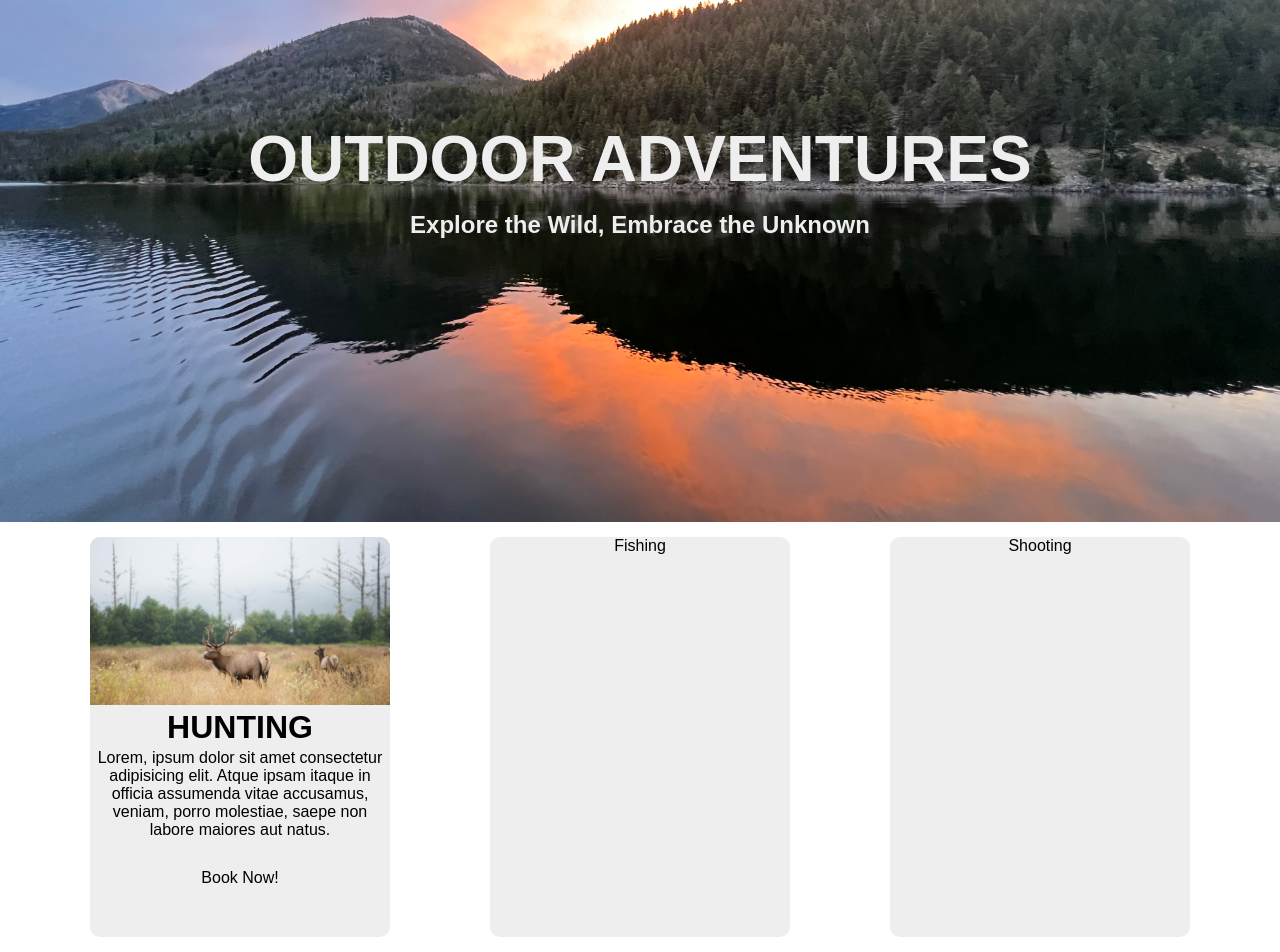
Repository: iforgotmylogin/WebDesignFinal
Page: index.html
These files come from the project's save history. The page is drawn as it stood at one moment and after the next save; the edit follows.
The browser window is 1280 px wide. The pictures show the part of the page from y = 290 to 1242 px (the page is 1242 px tall).
A picture or video elsewhere on the page could not be fetched, so the positions and the page height are approximate.

Above is the page before, as saved 2024-04-07 18:30:34.

### index.html
<!DOCTYPE html>
<html lang="en">
<head>
    <link rel="stylesheet" href="css/global.css">
    <link rel="stylesheet" href="css/navbar.css">
    <link rel="stylesheet" href="css/dropdown.css">
    <link rel="stylesheet" href="https://cdn.jsdelivr.net/npm/aos@2.3.4/dist/aos.css">
    <link rel="stylesheet" href="css/homepage.css">
    <meta http-equiv="X-UA-Compatible" content ="IE=edge">
    <meta charset="UTF-8">
    <meta name="viewport" content="width=device-width, initial-scale=1.0">
    <title>Outdoor Adventures</title>
</head>
<body>
    <header>
        <a href="#"><img src="images/outdoor-adventure-logo-color.png" alt="Logo" class="logo"></a>
       <nav>
        <ul>
            <li>
                <a href="#">About</a>
            </li>
            <li class="dropdown">
                <a href="html/Booking.html">Booking</a>
                <div class="dropdown-content">
                    <a href="#">Hunting</a>
                    <a href="#">Fishing</a>
                    <a href="#">Shooting</a>
                    <a href="#">ATV Rental</a>
                </div>
            </li>
            <li>
                <a href="html/Reviews.html">Reviews</a>
            </li>
            <li>
                <a href="#">Careers</a>
            </li>
            <li>
                <a href="#">Contact</a>
            </li>
        </ul>
    </nav>



    </header>
    <main class="hero_image">
        <h1>Outdoor Adventures</h1>
        <h2>Explore the Wild, Embrace the Unknown</h2>
    </main>

    <div class="container">
        <a  href="#" data-aos="fade-up" class="box hunting">
            <img src="images/HuntingBackdrop.jpg" alt="Image of an Elk">
            <h1>Hunting</h1>
            <p>Lorem, ipsum dolor sit amet consectetur adipisicing elit. Atque ipsam itaque in officia assumenda vitae accusamus, veniam, porro molestiae, saepe non labore maiores aut natus.</p>
            <div class="home-booking-button">
                Book Now!
            </div>
        </a>

        <div data-aos="fade-up" class="box Fishing">Fishing</div>

        <div data-aos="fade-up" class="box Shooting">Shooting</div>
    </div>



    <!-- Use <div data-aos="fade-up"><div> for really cool animations that use this java script!! -->
    <script src="https://cdn.jsdelivr.net/npm/aos@2.3.4/dist/aos.js"></script>
    <script>
      AOS.init();
    </script>
</body>
</html>

### css/global.css
*{
    font-family: Arial, Helvetica, sans-serif;
}
.hero_image{
    position: absolute;
    z-index: 1;
    margin: 0 auto;
    justify-content: center;
    top: 0px;
    padding: 50px;
    height: 600px;
    position: relative;
    background-image: url("../images/IMG_0679.jpeg");
    background-size: cover;
    background-position: center;
}

.hero_image h1{
    font-size: 400%;
    color: #eee;
    text-transform: uppercase;
    text-align: center;
    margin: 250px 0 auto;
}

.hero_image h2{
    margin: 15px 0 auto;
    text-align: uppercase;
    text-align: center;
    color:#eee;
}

h1.global{
    text-align: center;
}

#usrReview_1{
    outline: 2px solid red; /*This is for "debugging" where the div is and how it's behaving*/

    padding: 30px;
}

#userPfp{
    float: left;
    max-width: 90%;
    width: 200px;
    margin-right: 10px; /* adds some spacing between the image and the text*/

}

### css/navbar.css
body{
    margin:0px;
}


header{
    display: flex;
    justify-content: space-between;
    background-color: #eee;
    border-bottom: 5px white;
    box-shadow: 0 0 5px rgba(0,0,0,.2);
}

header .logo{
    height: 100px;
    padding:4px;
}

header nav{
    display: flex;
    align-items: center;
}
header nav ul{
    margin: 0px;
    padding: 0px;
    text-align: right;
    display: flex;
    width: 100%;
    justify-content: end;
}
header nav ul li{
    list-style-type: none;
}

header nav ul li a{
  text-decoration: none;
  color: #666;
  font-weight: bold;
  font-size:15px;
  text-transform:uppercase;
  font-family:Helvetica, sans-serif;
  padding:49px 30px;
  transition: all .3s linear;
}
header nav ul li a:hover{
    background-color:teal;
    color:white;
}

header nav ul li a.active{
    background-color: burlywood;
}

### css/dropdown.css
.dropbtn {
    background-color: #eee;
    color: white;
    padding: 16px;
    font-size: 16px;
    border: none;
  }

  .dropdown {
    align-items: center;
    display: inline-block;
  }

  .dropdown-content {
    display: none;
    position:absolute;
    background-color: #eee;
    min-width: 136px;
    box-shadow: 0px 8px 16px 0px rgba(0,0,0,0.2);
    z-index: 1;
    top: 14%;
    z-index: 2; /* Makes the dropdown menu appear over the hero image */
  }

  /* Links inside the dropdown */
  .dropdown-content a {
    color: black;
    padding: 12px 16px;
    text-decoration: none;
    text-align: center;
    display: block;
  }

  .dropdown-content a:hover {background-color: teal;}

  .dropdown:hover .dropdown-content {display: block;}

  .dropdown:hover .dropbtn {background-color: teal;}

### css/homepage.css
*{
    margin:0;
    padding:0;
}
.container{
    position:relative;
    width: 100%;
    height: auto;
    display: flex;
    flex-direction: row;
    justify-content: center;
}
.box{
    position: relative;
    width: 300px;
    height: 400px;
    background:#eee;
    text-align: center;
    margin: 15px;
    box-sizing: border-box;
    overflow: hidden;
    margin-left: 50px;
    margin-right: 50px;
    border-radius: 10px;
}
.container a{
    text-decoration: none;
    color:black;
}
.hunting img{
    width: 100%;
}
.hunting h1{
    padding-bottom: 3px;
    text-transform: uppercase;
}
.home-booking-button{
    padding-top: 30px;
}

After the next save:
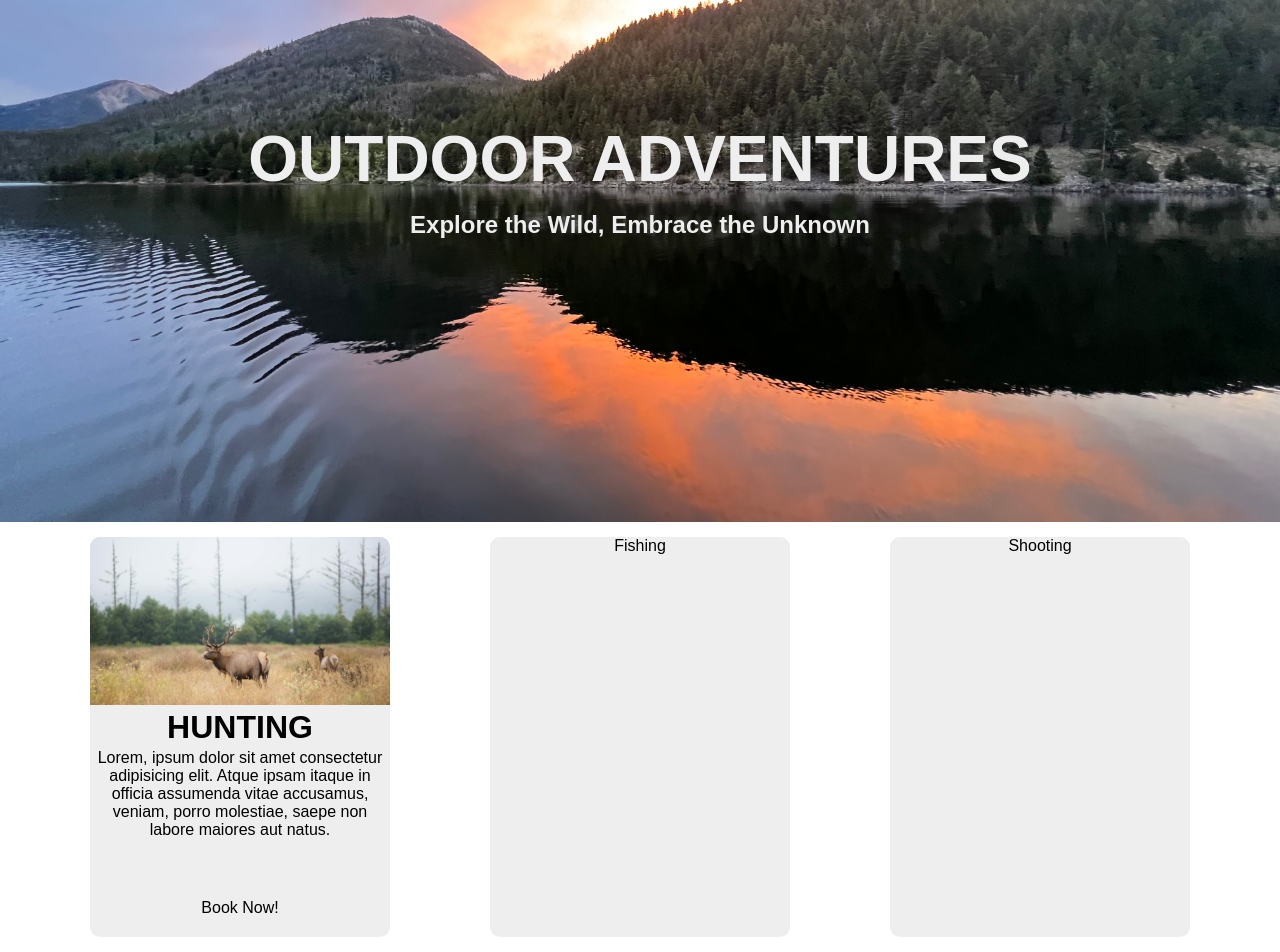
Saved 7 s later.
--- a/css/homepage.css
+++ b/css/homepage.css
@@ -35,5 +35,5 @@
     text-transform: uppercase;
 }
 .home-booking-button{
-    padding-top: 30px;
+    padding-top: 60px;
 }
